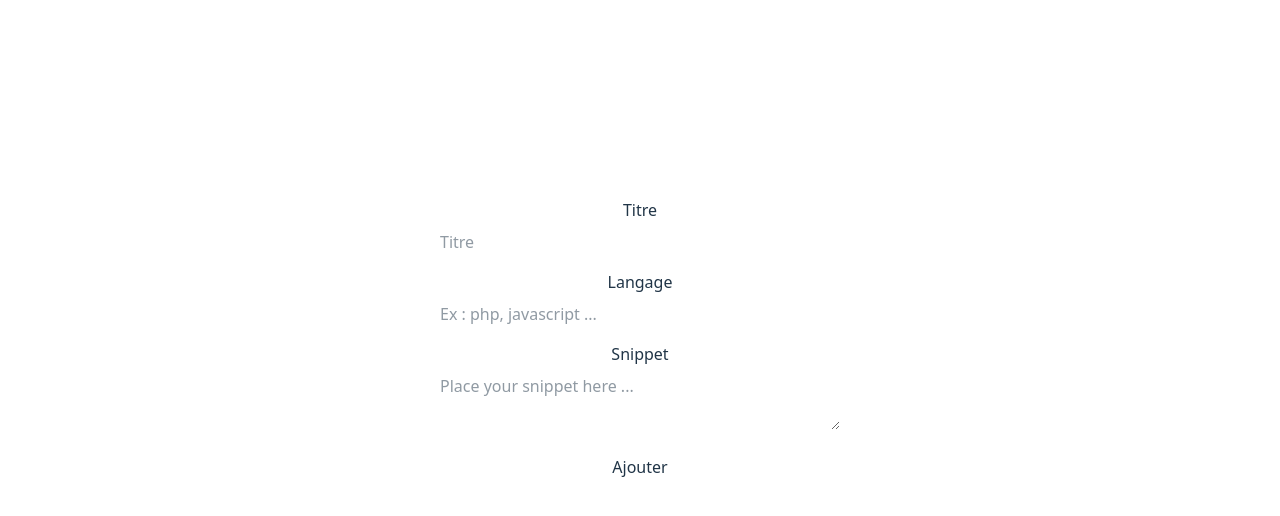
Repository: gdudekdev/mini-react-project
Page: /
The author's editor kept a copy of each file at every save. The page is drawn from the files as they stood at one save, then again after a run of saves.
The browser window is 1280 px wide. The pictures show the whole page.
The project was rebuilt for these pictures with package versions that can differ from the ones it lists, and the page was loaded fresh each time. Also part of the build but not shown: vite.config.js, src/components/Snippet.tsx.

Above is the page before, as saved 2025-07-11 09:47:16.

After the next 6 saves:
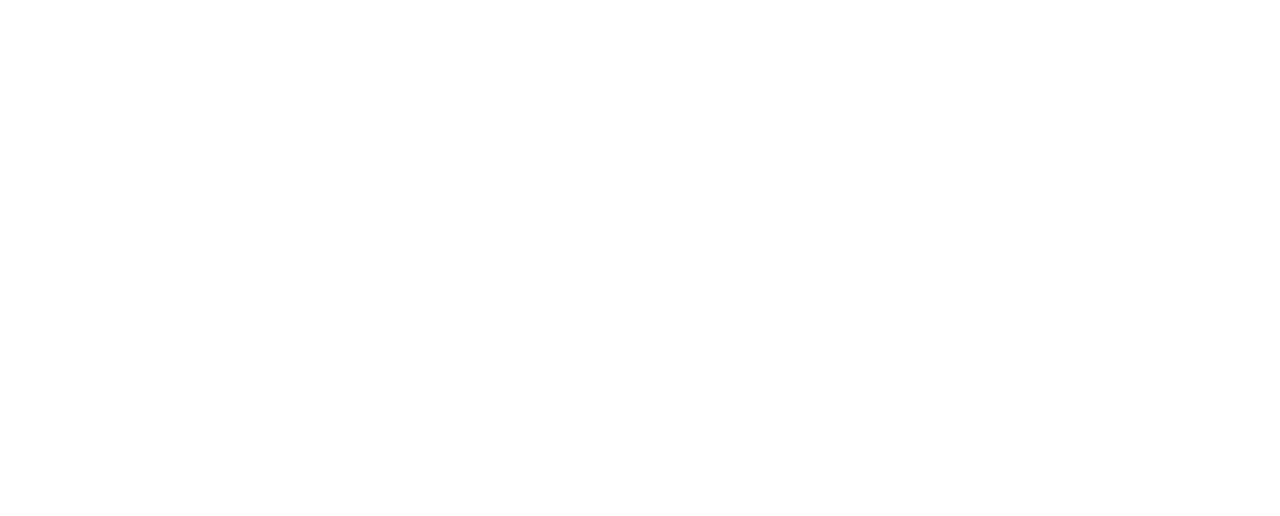
Console error: ReferenceError: SnippetContext is not defined
The 6 saves are shown as one change because 1 did not build or start and some came seconds apart.
The last was saved 32 s later.
--- a/src/App.jsx
+++ b/src/App.jsx
@@ -1,14 +1,16 @@
-import { useState } from "react";
 import "./App.css";
 import Form from "./components/Form";
 import SnippetList from "./components/SnippetList";
+import { SnippetProvider } from "./context/useSnippets";
 
 function App() {
   return (
-    <div className="w-full flex flex-col items-center">
-      <Form />
-      <SnippetList />
-    </div>
+    <SnippetProvider>
+      <div className="w-full flex flex-col items-center">
+        <Form />
+        <SnippetList />
+      </div>
+    </SnippetProvider>
   );
 }
 

After the save that followed:
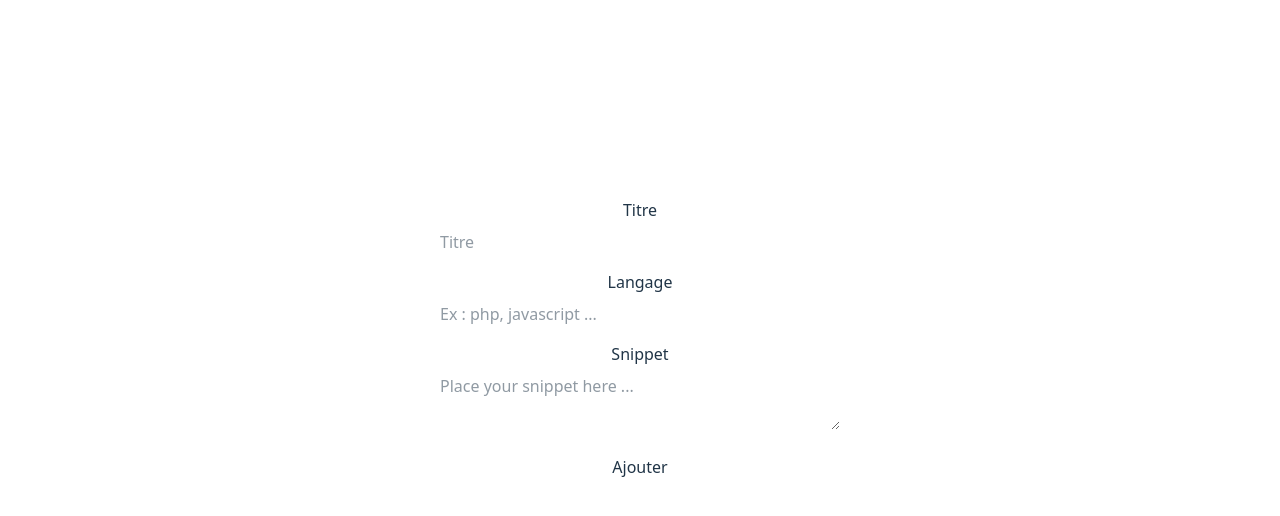
The error is gone.
Saved 39 s later.
--- a/src/context/useSnippets.jsx
+++ b/src/context/useSnippets.jsx
@@ -1,6 +1,6 @@
 import { createContext, useContext, useState, useEffect } from "react";
 
-export const snippetCtx = createContext({
+export const SnippetContext = createContext({
   loading: true,
   snippets: [],
   addSnippets: () => {},
